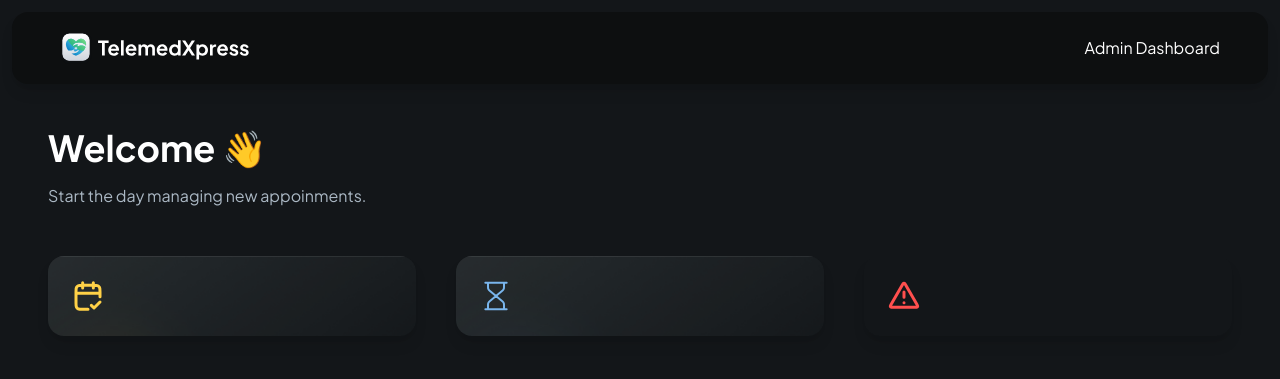
Repository: Carlito-Pedida/telemed
Page: /admin
An editor plug-in stored every save of this project. The page is shown before and after the next save, followed by the edit.
The browser window is 1280 px wide. The pictures show the whole page.
The project was rebuilt for these pictures with package versions that can differ from the ones it lists, and the page was loaded fresh each time. The framework's server and built-in components were replaced by stand-ins that run in the browser. Also part of the build but not shown: next.config.mjs.

Above is the page before, as saved 2024-11-08 16:18:34.

After the next save:
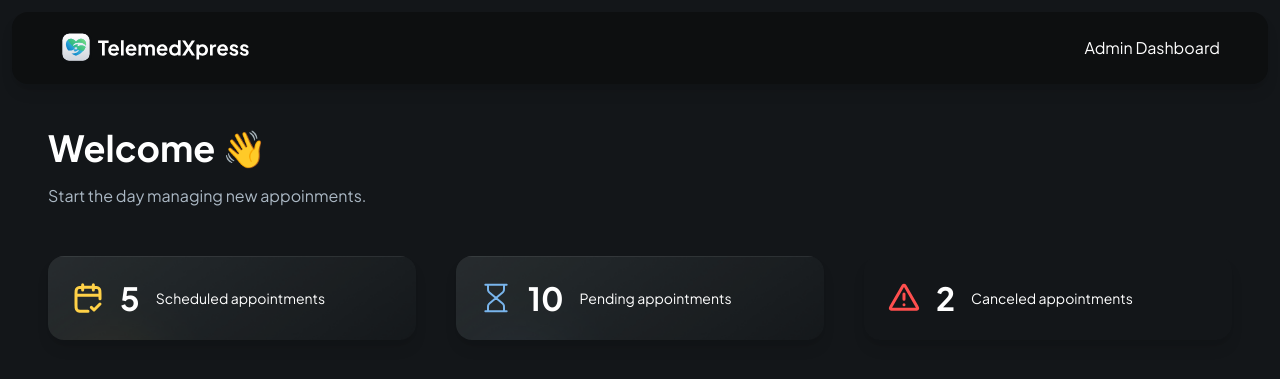
Saved 93 s later.
--- a/components/StatCard.tsx
+++ b/components/StatCard.tsx
@@ -26,6 +26,8 @@ const StatCard = ({ count = 0, label, icon, type }: StatCardProps) => {
           alt={label}
           className="size-8 w-fit"
         />
+        <h2 className="text-32-bold text-white">{count}</h2>
+        <p className="text-14-regular"> {label}</p>
       </div>
     </div>
   );
